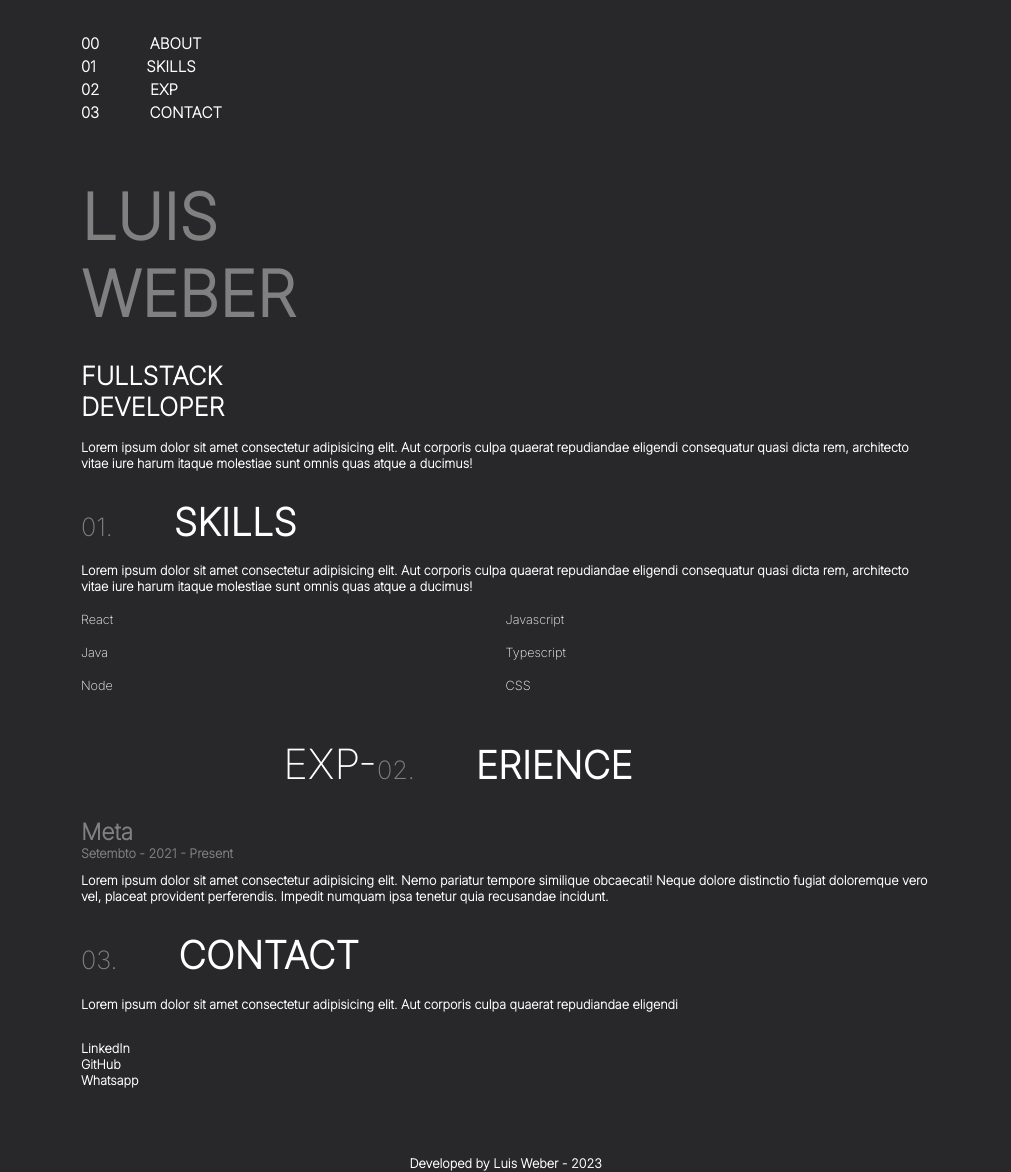
Repository: luiswh1/Portfolio
Page: /
The author's editor kept a copy of each file at every save. The page is drawn from the files as they stood at one save, then again after the next save.
The browser window is 1280 px wide. The pictures show the whole page, at 79% of full size.
The project was rebuilt for these pictures with package versions that can differ from the ones it lists, and the page was loaded fresh each time.

Above is the page before, as saved 2023-05-28 19:35:46.

After the next save:
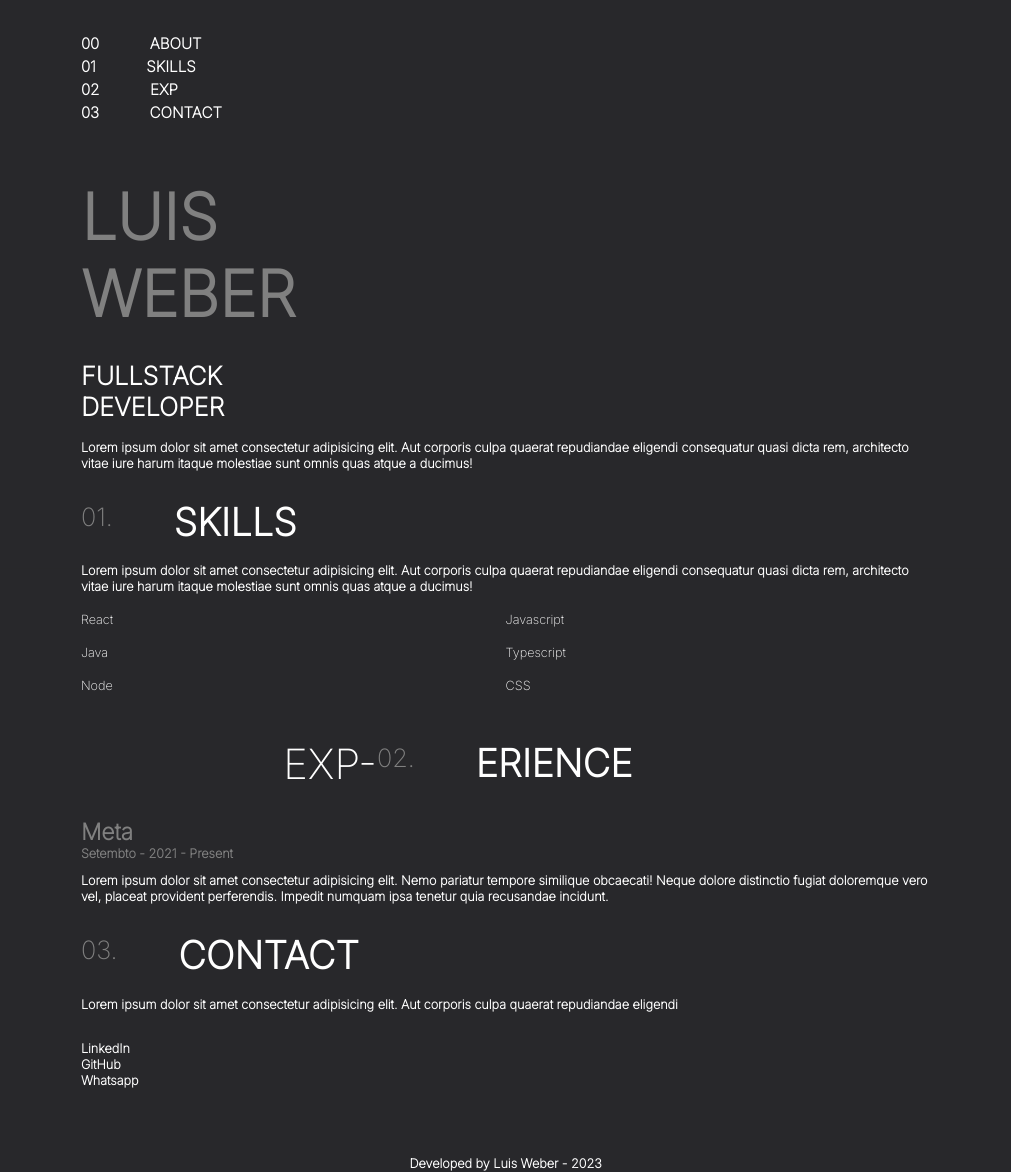
Saved 2 days later.
--- a/src/Pages/HomeStyles.tsx
+++ b/src/Pages/HomeStyles.tsx
@@ -33,6 +33,7 @@
 `
 export const LabelTitle = styled.div`
 margin-top: 5vh;
+align-items: baseline;
 `
 
 export const NumberIndex = styled.span`
@@ -46,6 +47,7 @@
   color: white;
   margin-left: 3vw;
   font-weight: bold;
+  vertical-align: middle;
 `;
 
 
@@ -65,6 +67,7 @@
 font-size: 3.3em;
 color: white;
 margin-left: 20vw;
+vertical-align: middle;
 `
 
 export const Experience = styled.section`

After the 3 saves that followed:
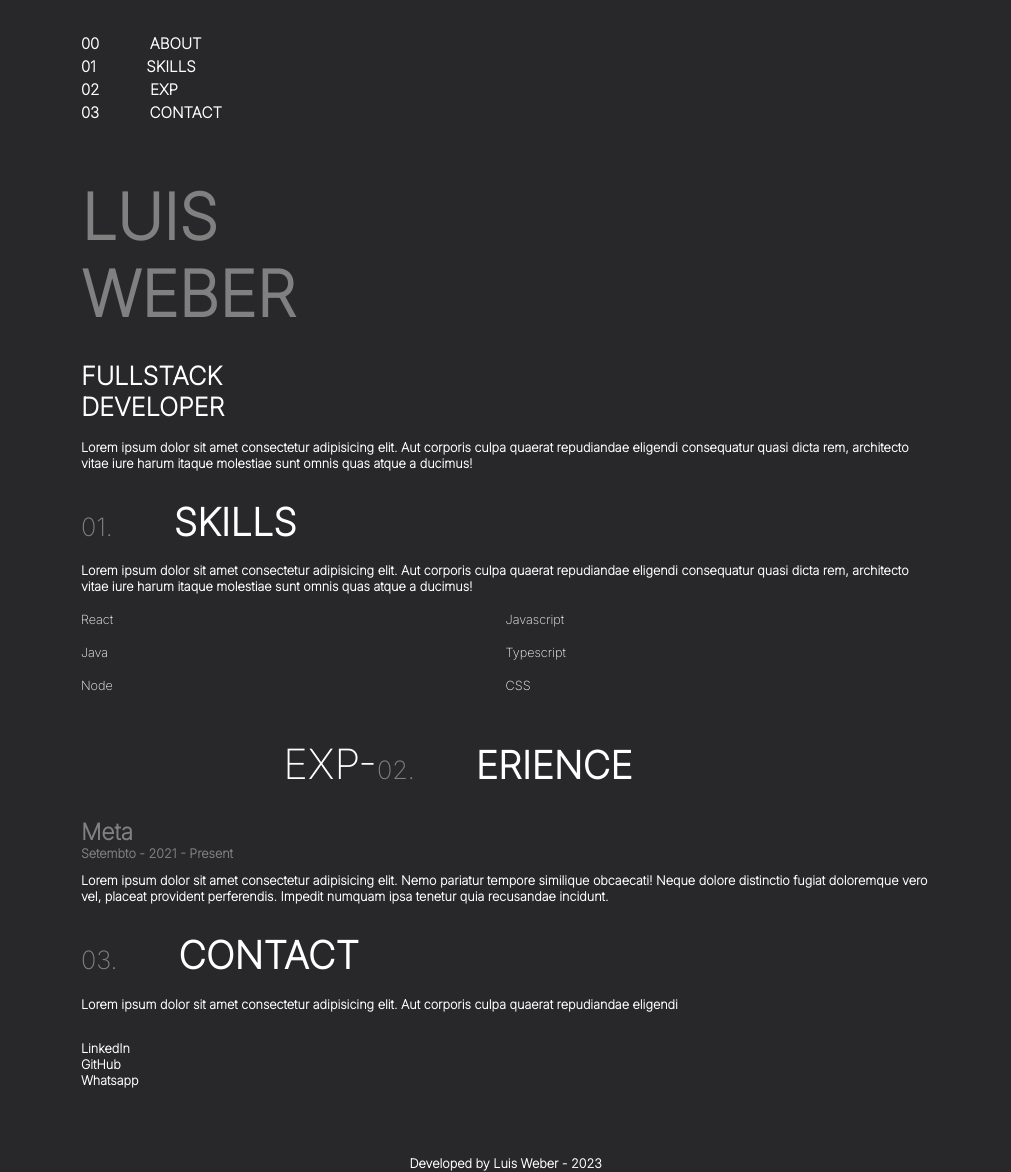
The 3 saves are shown as one change because 2 left the picture as it was.
The last was saved 116 s later.
--- a/src/Pages/HomeStyles.tsx
+++ b/src/Pages/HomeStyles.tsx
@@ -33,7 +33,6 @@
 `
 export const LabelTitle = styled.div`
 margin-top: 5vh;
-align-items: baseline;
 `
 
 export const NumberIndex = styled.span`
@@ -47,7 +46,6 @@
   color: white;
   margin-left: 3vw;
   font-weight: bold;
-  vertical-align: middle;
 `;
 
 
@@ -67,7 +65,6 @@
 font-size: 3.3em;
 color: white;
 margin-left: 20vw;
-vertical-align: middle;
 `
 
 export const Experience = styled.section`
